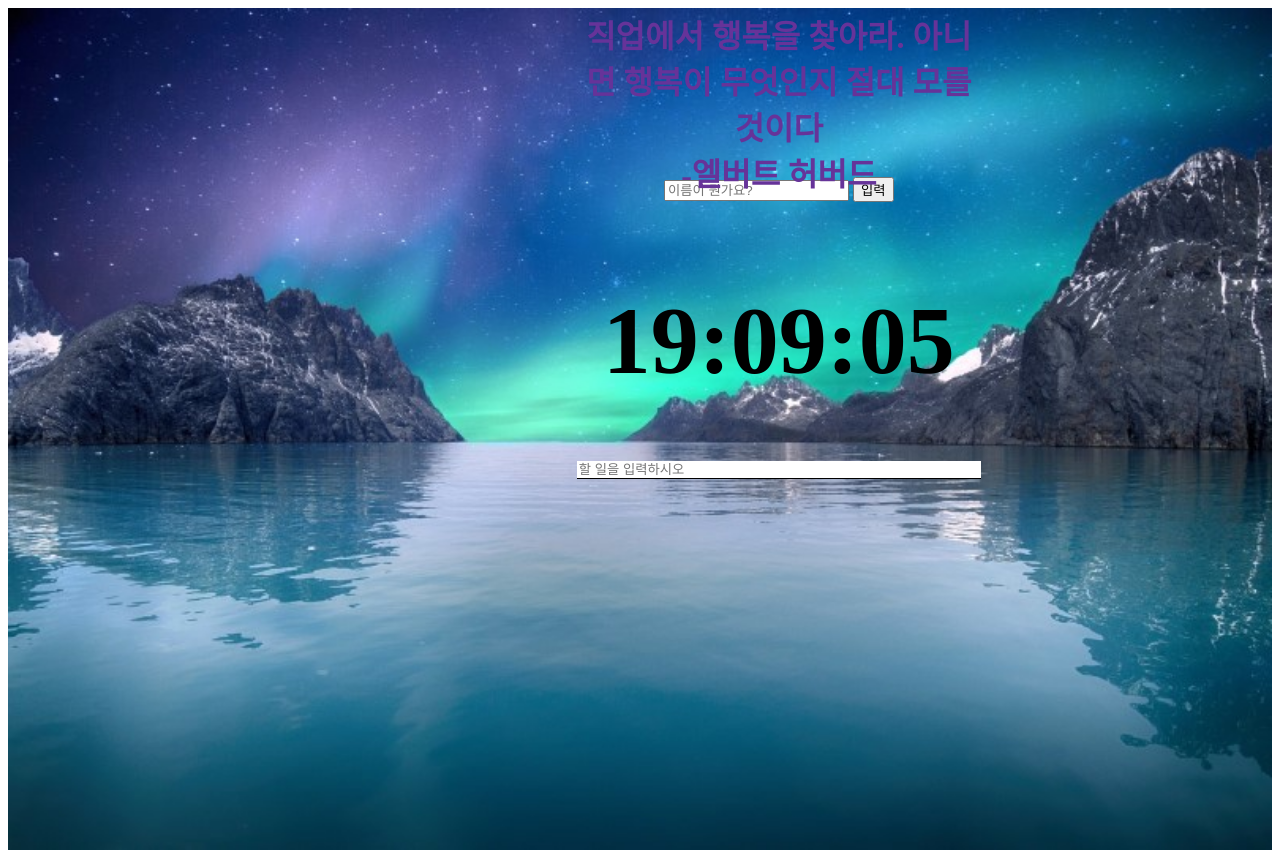
Repository: jun01270/F-E-practice
Page: index.html
These files come from the project's save history. The page is drawn as it stood at one moment and after the next save; the edit follows.
The browser window is 1280 px wide. The pictures show the whole page.

Above is the page before, as saved 2023-01-10 15:14:40.
Console error: TypeError: Cannot read properties of null (reading 'addEventListener')

After the next save:
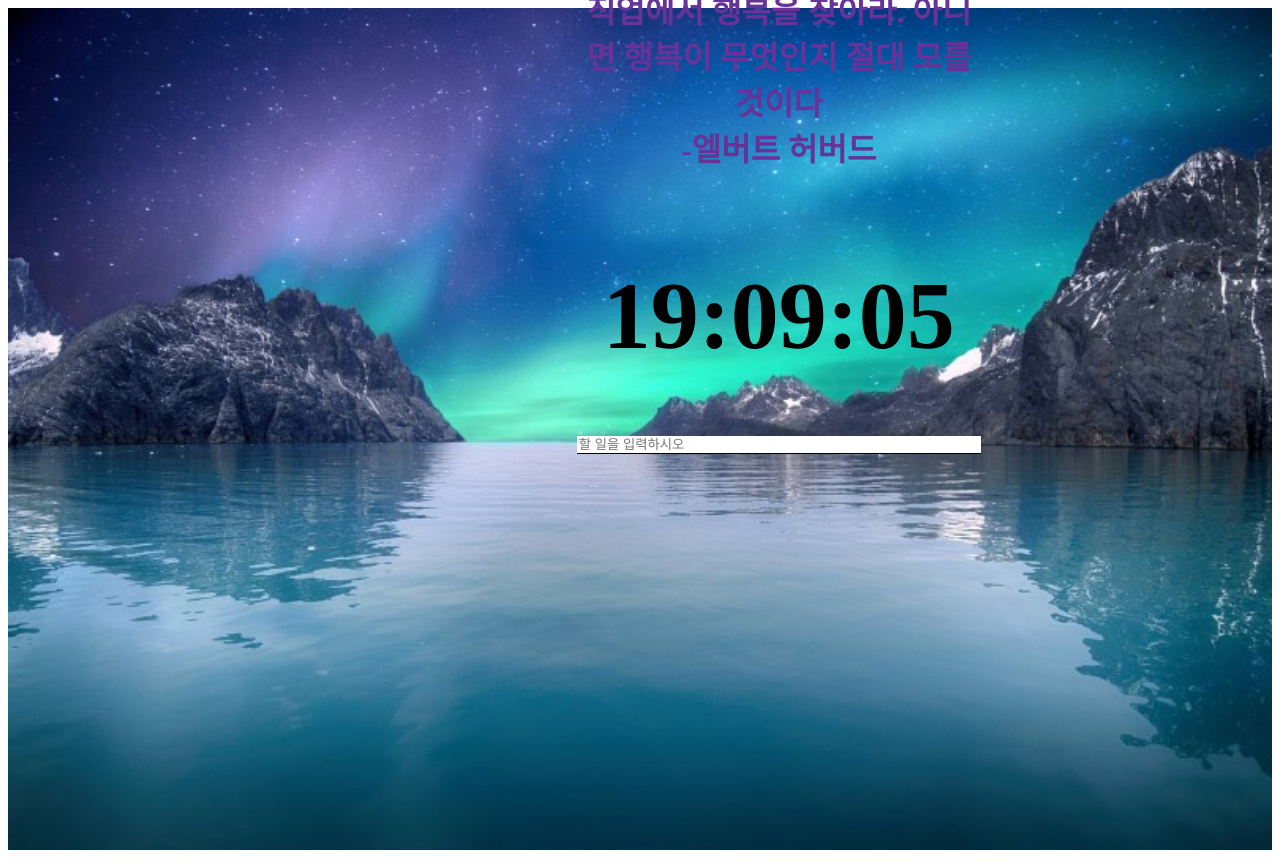
Console error: TypeError: Cannot read properties of null (reading 'classList')
Saved 17 s later.
--- a/index.html
+++ b/index.html
@@ -9,10 +9,10 @@
   </head>
   <body>
     <div id="all">
-      <form id="userName-form" class="hidden">
+      <!-- <form id="userName-form" class="hidden">
         <input required type="text" placeholder="이름이 뭔가요?" />
         <input type="submit" value="입력" />
-      </form>
+      </form> -->
       <br />
       <h1 id="clock">00:00:00</h1>
       <form id="todo-form">
